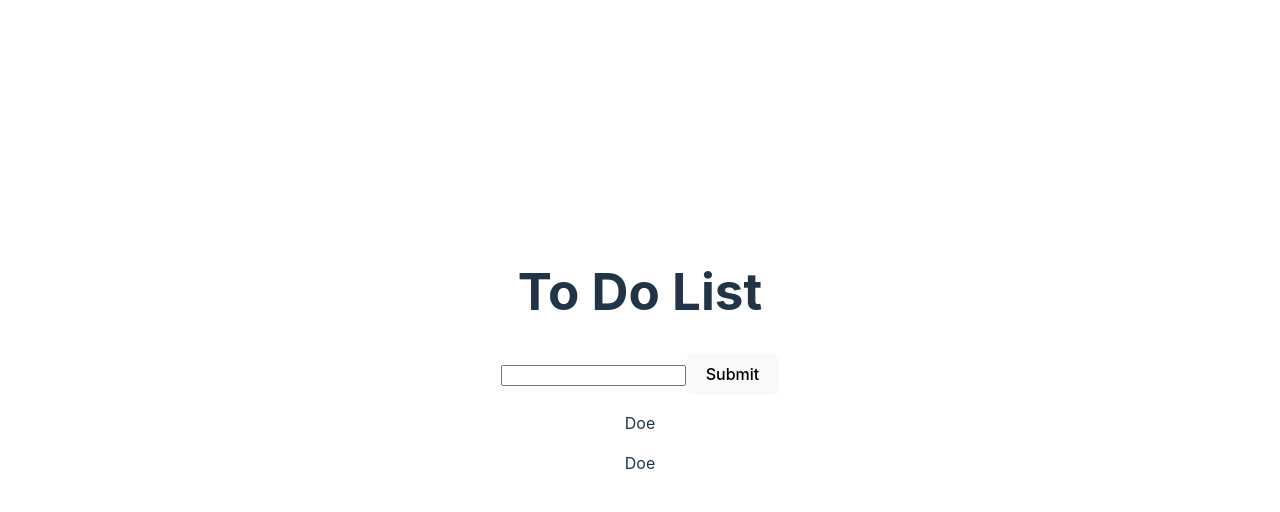
Repository: Jennica1/FRONT_END_WEEK06
Page: / (app in react/)
These files come from the project's save history. The page is drawn as it stood at one moment and after the next save; the edit follows.
The browser window is 1280 px wide. The pictures show the whole page.
The project was rebuilt for these pictures with package versions that can differ from the ones it lists, and the page was loaded fresh each time. Also part of the build but not shown: react/vite.config.js.

Above is the page before, as saved 2024-10-10 12:28:41.

### react/src/App.jsx
import { useState } from 'react';
import reactLogo from './assets/react.svg';
import viteLogo from '/vite.svg';
import TaskForm from './components/TaskForm';
import './App.css';


function App() {

  return (
    <>
     <TaskForm/>
    </>
  )
}

export default App

### react/src/components/TaskForm.jsx
import { useState } from 'react'
//renders an input box and a button for creating new tasks.
//Decide where the shared state should live. This is where you would also want to define the functions for updating the app state, including:

//a function for toggling the complete status of a task
//a function for adding a new task
//a function for deleting a task


const data = [
  {
    id: 1,
    firstName: 'John',
    lastName: 'Doe',
    age: 25
  },
  {
    id: 2,
    firstName: 'Jane',
    lastName: 'Doe',
    age: 27
  },
]
function TaskForm() {

  const [name, setName] = useState('John Doe');
  const [tasks, setTasks] = useState(data);

  const [taskData, settaskData] = useState({
    lastName: ''
  });

  const studentListUI = tasks.map((student, index) => <p key={index}>{student.lastName}</p>
  );


  function handleSubmit(e) {
    e.preventDefault();
    const formData = new formData(e.target); //e.target == form
    name == formData.get('name');

    setName(formData.get(name));
    console.log(name);
  }

  function handleChange(e) {
    setName(e.target.value);

  }

  function handleFirstName(e) {
    settaskData({ ...taskData, firstName: e.target.value })
  };

  function handleAddTask(e) {
    e.preventDefault();
    setTasks([...tasks, taskData]);
  }

  return (
    <>
      <h1>To Do List</h1>
      <form onSubmit={handleAddTask}>

        <input type='text' value={taskData.lastName}
          onChange={(e) => settaskData({ ...taskData, lastName: e.target.value })} />

        <button>Submit</button>
      </form>
      {studentListUI}
    </>
  )
}

export default TaskForm

Loaded but not shown: react/index.html (common file); react/src/main.jsx (common file); react/src/index.css (common file); react/src/App.css (common file)

After the next save:
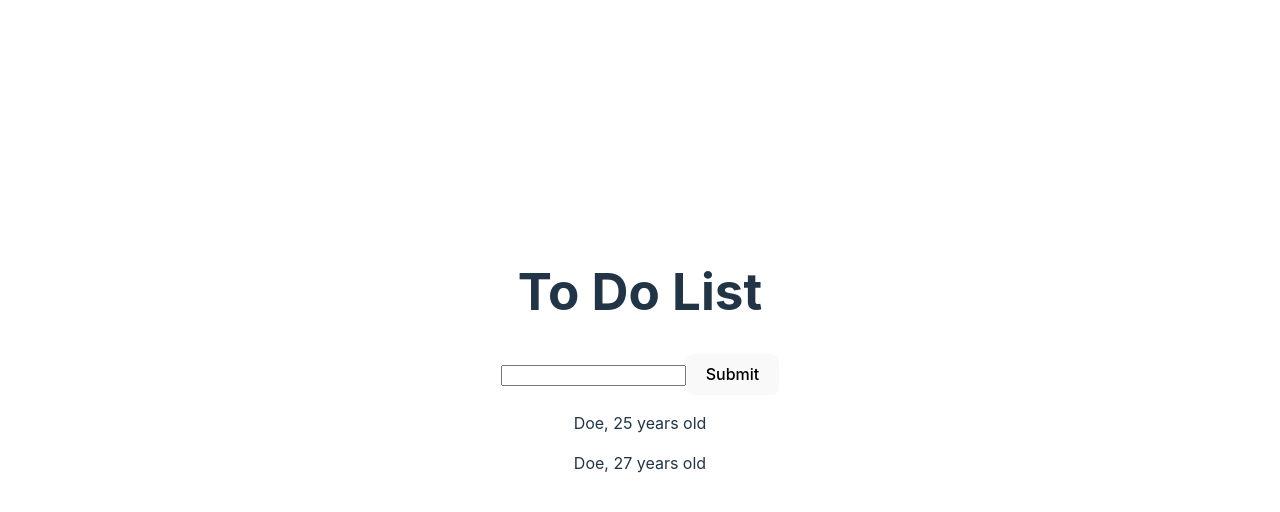
Saved 4 s later.
--- a/react/src/components/TaskForm.jsx
+++ b/react/src/components/TaskForm.jsx
@@ -27,10 +27,12 @@
   const [tasks, setTasks] = useState(data);
 
   const [taskData, settaskData] = useState({
-    lastName: ''
+    firstName: '',
+    lastName: '',
+    age: 0,
   });
 
-  const studentListUI = tasks.map((student, index) => <p key={index}>{student.lastName}</p>
+  const studentListUI = tasks.map((student, index) => <p key={index}>{student.lastName}, {student.age} years old</p>
   );
 
 

After the 3 saves that followed:
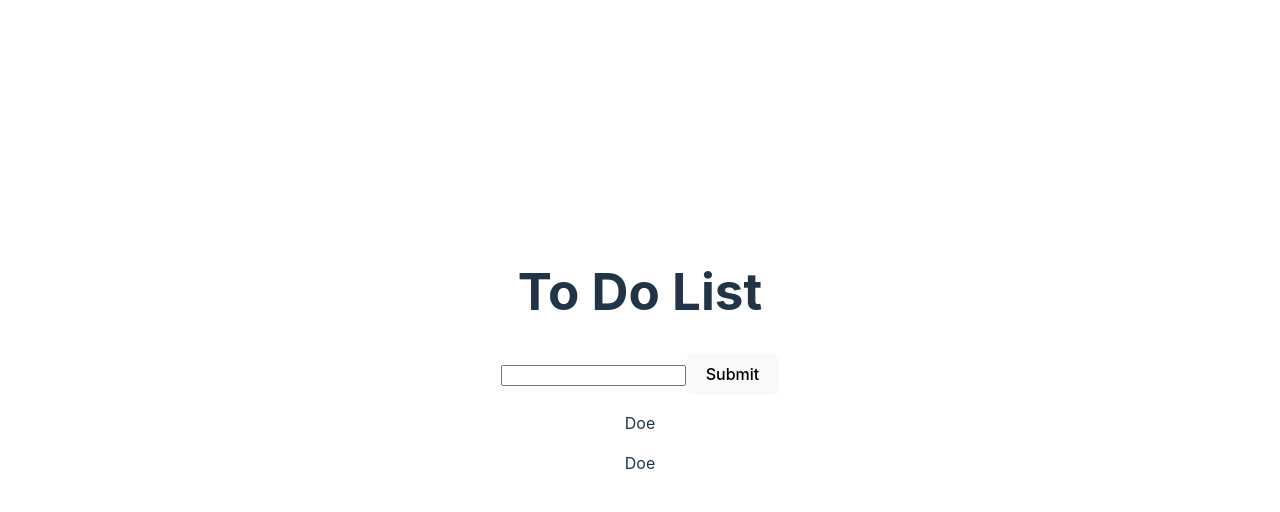
The 3 saves are shown as one change because 2 left the picture as it was.
The last was saved 2 min 1 s later.
--- a/react/src/components/TaskForm.jsx
+++ b/react/src/components/TaskForm.jsx
@@ -35,6 +35,9 @@
   const studentListUI = tasks.map((student, index) => <p key={index}>{student.lastName}, {student.age} years old</p>
   );
 
+  const newListUI = tasks.map((student, index) => <p key={index}>{student.lastName}</p>
+);
+
 
   function handleSubmit(e) {
     e.preventDefault();
@@ -69,7 +72,7 @@
 
         <button>Submit</button>
       </form>
-      {studentListUI}
+      {newListUI}
     </>
   )
 }
